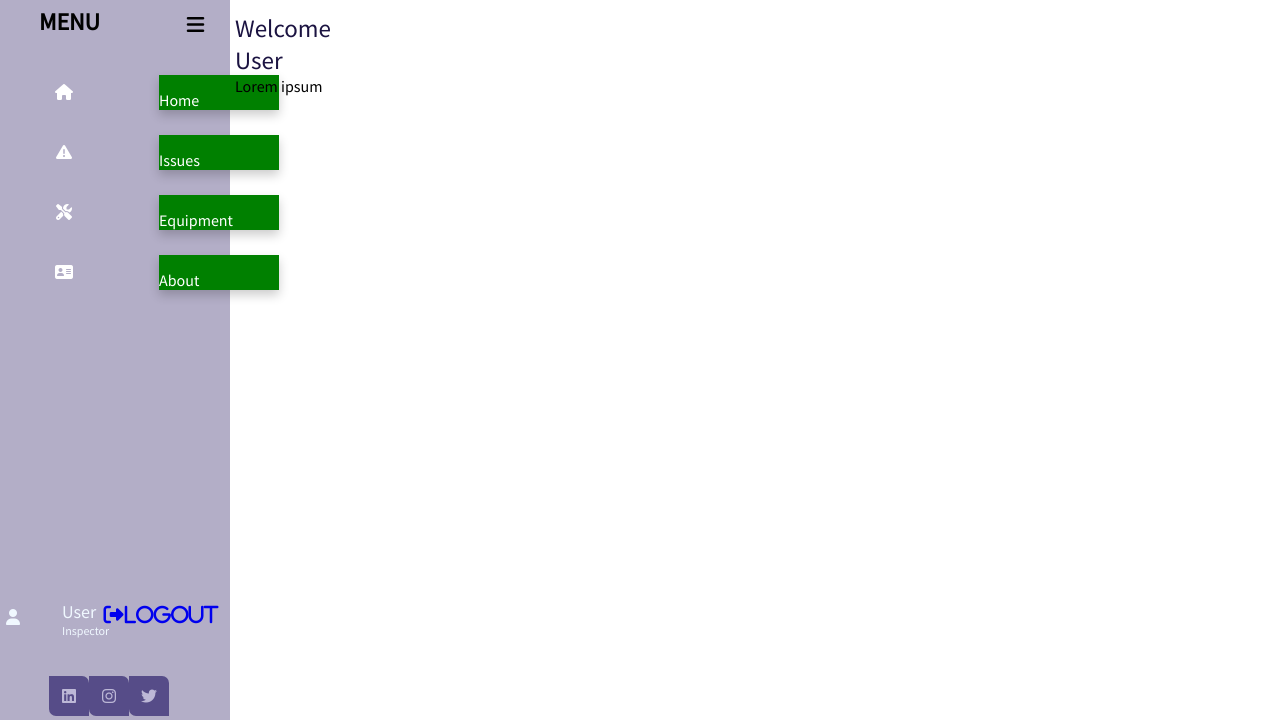
Repository: Lungdjos/ZescoIssueTS
Page: zits/src/main/resources/templates/about_us.html
An editor plug-in stored every save of this project. The page is shown before and after a run of saves, followed by the edit.
The browser window is 1280 px wide. The pictures show the whole page.
Some web libraries are served in a nearby version.

Above is the page before, as saved 2021-07-10 04:46:07.

### zits/src/main/resources/templates/about_us.html
<!DOCTYPE html>
<html lang="en">

<head>
    <meta charset="UTF-8">
    <meta http-equiv="X-UA-Compatible" content="IE=7">
    <meta name="viewport" content="width=device-width, initial-scale=1.0">
    <title>About Us Page</title>
    <link rel="stylesheet" href="/css/styles.css">

    <script src="https://kit.fontawesome.com/953cd41e6c.js" crossorigin="anonymous"></script>
</head>

<body>
    <div class="wrapper">
        <div class="sidebar">
            <div class="logo_content">
                <div class="logo">
                    <h2>Menu</h2>
                </div>
                <i class="fas fa-bars" id="btn"></i>
            </div>


            <ul class="nav_list">

                <li>
                    <a href="#"><i class="fas fa-home"></i><span class="links_name"> Home</span></a>
                </li>
                <li>
                    <a href="#"><i class="fas fa-exclamation-triangle"></i><span class="links_name"> Issues</span></a>
                </li>
                <li>
                    <a href="#"><i class="fas fa-tools"></i><span class="links_name"> Equipment</span></a>
                </li>
                <li>
                    <a href="#"><i class="fas fa-address-card"></i><span class="links_name"> About</span></a>
                </li>

                <div class="social_media">
                    <a href="#"><i class="fab fa-linkedin"></i></a>
                    <a href="#"><i class="fab fa-instagram"></i></a>
                    <a href="#"><i class="fab fa-twitter"></i></a>
                </div>
            </ul>
            <div class="profile_content">
                <div class="profile">
                    <div class="profile_details">
                        <i class="fas fa-user"></i>
                        <div class="role_title">
                            <div class="name">User</div>
                            <div class="role">Inspector</div>
                        </div>
                    </div>
                    <a href="#"><i class="fas fa-sign-out-alt" id="log_out">Logout</i></a>
                </div>
            </div>
            <div class="main_content">
                <div class="header">Welcome User</div>
                <div class="info">Lorem ipsum</div>
            </div>
        </div>
        <h2 style="color: black;">The About Page</h2>
    </div>





</body>

</html>

### zits/src/main/resources/templates/css/styles.css
@import url('https://fonts.googleapis.com/css2?family=Source+Sans+Pro&display=swap');
* {
    margin: 0;
    padding: 0;
    box-sizing: border-box;
    list-style: none;
    text-decoration: none;
    font-family: Source Sans Pro;
}

body {
    position: relative;
    min-height: 100vh;
    width: 100%;
    overflow: hidden;
}

.wrapper {}


/**Side Bar Props*/

.sidebar {
    position: fixed;
    top: 0;
    left: 0;
    height: 100%;
    width: 230px;
    background: #b3aec7;
    padding: 6px 14px;
}

.social_media {
    position: absolute;
    bottom: 4px;
    left: 50%;
    display: flex;
    transform: translateX(-55%);
}

.social_media a {
    display: block;
    width: 40px;
    background: #564c88;
    height: 40px;
    line-height: 40px;
    text-align: center;
    margin: 0, 5px;
    color: #bdb8d7;
    border-top-right-radius: 7px;
    border-bottom-left-radius: 7px;
}

.logo_content .logo {
    margin-right: 5px;
}

.sidebar h2 {
    text-transform: uppercase;
    margin-bottom: 30px;
    margin-left: 25px;
}

.sidebar #btn {
    position: absolute;
    color: #000;
    left: 85%;
    top: 5px;
    font-size: 20px;
    height: 40px;
    width: 40px;
    text-align: center;
    line-height: 40px;
    transform: translateX(-50%);
}

.sidebar ul {
    margin: 20px;
}

.sidebar ul li {
    position: relative;
    height: 60px;
    width: 110%;
    margin: 0 5px;
    list-style: none;
    line-height: 50px;
}

.sidebar ul li a {
    color: #fff;
    display: flex;
    align-items: center;
    text-decoration: none;
    transition: all 0.35s ease;
    border-radius: 12px;
}

.sidebar ul li a .links_name {
    position: absolute;
    height: 35px;
    width: 120px;
    left: 120px;
    background: green;
    box-shadow: 0 5px 10px rgba(0, 0, 0, 0.2);
    top: 50
}

.sidebar ul li a:hover {
    color: green;
    background: orange;
}

.sidebar ul li a .fas {
    height: 50px;
    min-width: 50px;
    border-radius: 12px;
    line-height: 50px;
    text-align: center;
}

.sidebar .profile_content {
    position: absolute;
    color: aliceblue;
    left: 0;
    bottom: 80px;
    width: 100%;
}

.sidebar .profile_content .profile {
    position: relative;
    padding: 10px 6px;
    height: 50px;
}

.sidebar .profile_content .profile:hover {
    background: greenyellow;
    color: #000;
}

.sidebar .profile_content .profile .profile_details {
    display: flex;
    align-items: center;
}

.profile .profile_details .fas {
    height: 20px;
    width: 50px;
    object-fit: cover;
}

.profile .profile_details .role_title {
    margin-left: 6px;
}

.profile .profile_details .name {
    font-size: 18px;
    font-weight: 400;
}

.profile .profile_details .role {
    font-size: 12px;
    font-weight: 200;
}

.profile #log_out {
    position: absolute;
    left: 70%;
    bottom: 0.01em;
    transform: translateX(-50%);
    transform: rotateY('180');
    min-width: 50px;
    line-height: 50px;
    font-size: 20px;
    border-radius: 12px;
}

.profile #log_out:hover {
    color: red;
}

.main_content {
    top: 0;
    position: absolute;
    height: 100%;
    width: calc(100%-235);
    left: 235px;
}

.main_content .header {
    margin-top: 12px;
    color: #1b1341;
    font-weight: 500;
    font-size: 25px;
}

After the next 2 saves:
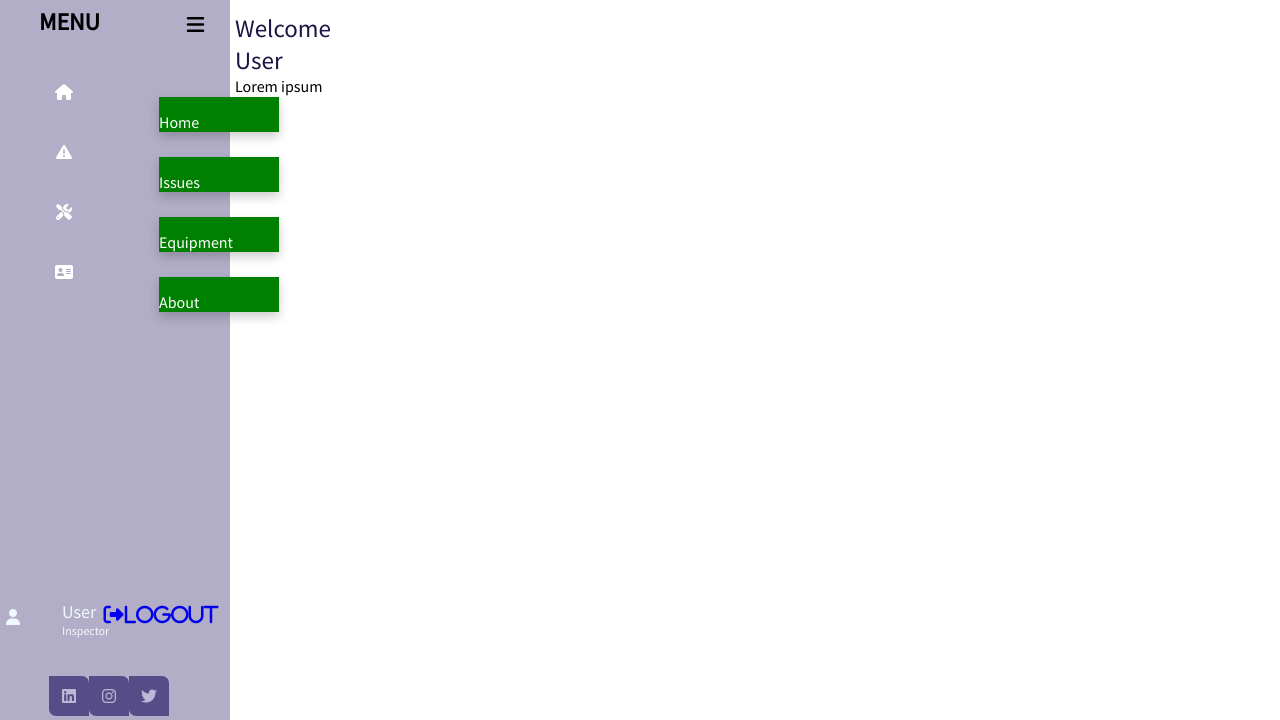
The 2 saves are shown as one change because they came seconds apart.
The last was saved 11 s later.
--- a/zits/src/main/resources/templates/css/styles.css
+++ b/zits/src/main/resources/templates/css/styles.css
@@ -103,7 +103,7 @@
     left: 120px;
     background: green;
     box-shadow: 0 5px 10px rgba(0, 0, 0, 0.2);
-    top: 50
+    top: 50%;
 }
 
 .sidebar ul li a:hover {
